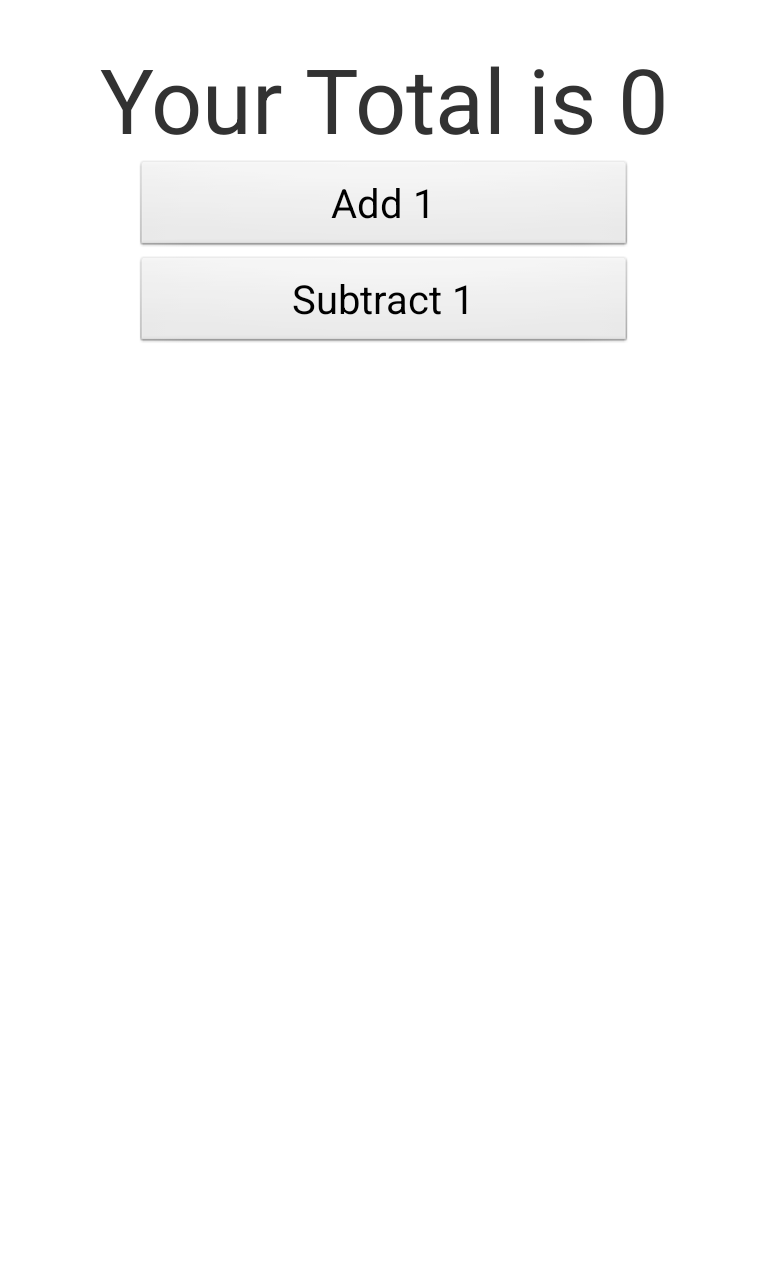
Repository: INBASD/Solar-Power-Project
Layout: Solar power calculator android/res/layout/activity_main.xml
The author's editor kept a copy of each file at every save. The layout is drawn from the files as they stood at one save, then again after the next save.
It is drawn on a 768 x 1280 px phone screen (xhdpi) without system bars, with theme AppTheme; the app's code is not run.

Above is the layout before, as saved 2012-08-27 10:46:26.

### Solar power calculator android/res/layout/activity_main.xml
<?xml version="1.0" encoding="utf-8"?>
<LinearLayout xmlns:android="http://schemas.android.com/apk/res/android"
    xmlns:tools="http://schemas.android.com/tools"
    android:orientation="vertical"
    android:layout_width="fill_parent"
    android:layout_height="fill_parent" >

    <TextView
        android:layout_width="fill_parent"
        android:layout_height="wrap_content"
        />
    <TextView
        android:layout_width="fill_parent"
        android:layout_height="wrap_content"
        android:text="@string/total"
        android:textSize="45dp"
        android:layout_gravity="center"
        android:gravity="center"
        android:id="@+id/tvDisplay"/>


	    <Button
	        android:layout_width="250dp"
	        android:layout_height="wrap_content"
	        android:text="@string/add"
	        android:layout_gravity="center"
	        android:textSize="20dp"
	        android:id="@+id/bAdd"/>

	    <Button
	        android:layout_width="250dp"
	        android:layout_height="wrap_content"
	        android:text="@string/sub"
	        android:layout_gravity="center"
	        android:textSize="20dp"
	        android:id="@+id/bsub"/>

</LinearLayout>

### Solar power calculator android/res/values/strings.xml
<resources>

    <string name="app_name">Solar power calculator android</string>
    <string name="hello_world">Hello world!</string>
    <string name="menu_settings">Settings</string>
    <string name="title_activity_main">MainActivity</string>
    <string name="total">Your Total is 0</string>
    <string name="enterLat">Enter Your Latitude</string>
    <string name="add">Add 1</string>
    <string name="sub">Subtract 1</string>

</resources>

Loaded but not shown: Solar power calculator android/res/values/styles.xml (common file)

After the next save:
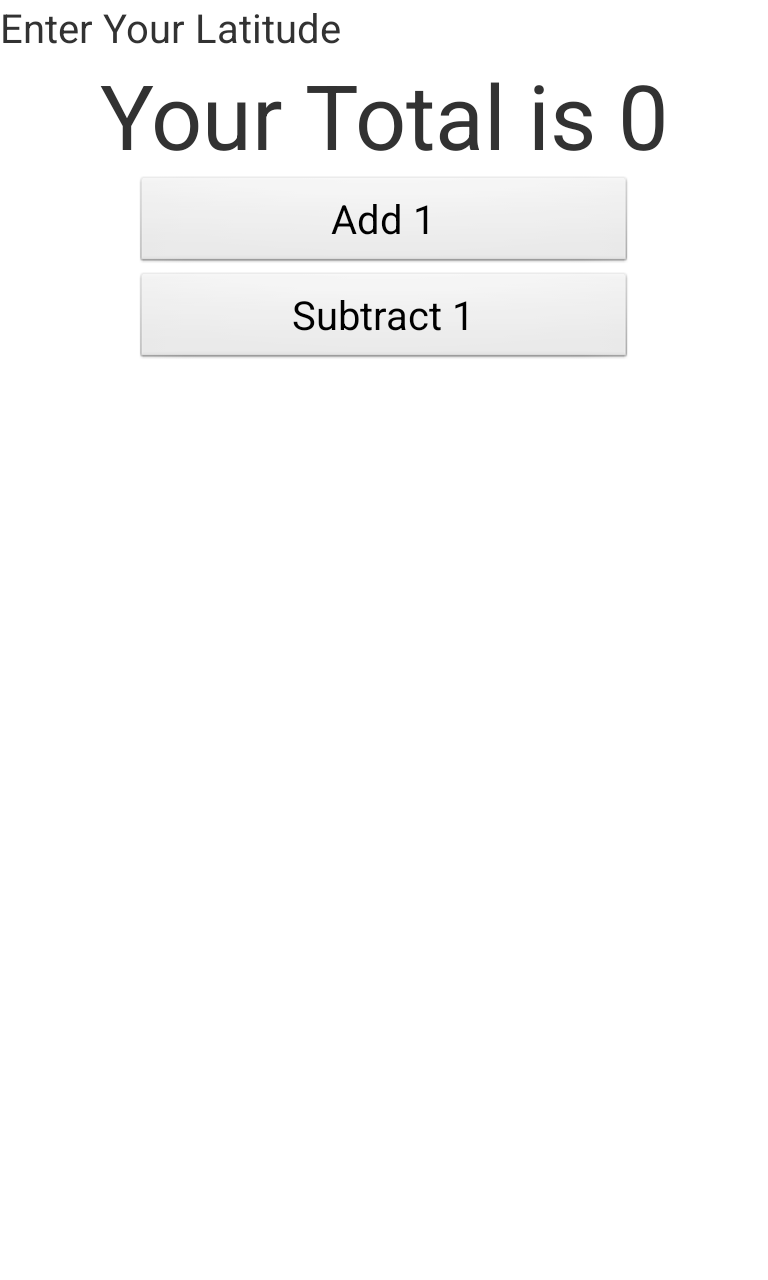
Saved 72 s later.
--- a/Solar power calculator android/res/layout/activity_main.xml
+++ b/Solar power calculator android/res/layout/activity_main.xml
@@ -8,6 +8,10 @@
     <TextView
         android:layout_width="fill_parent"
         android:layout_height="wrap_content"
+        android:text="@string/enterLat"
+        android:textSize="20dp"
+        android:layout_gravity="left"
+        android:gravity="Left"
         />
     <TextView
         android:layout_width="fill_parent"
